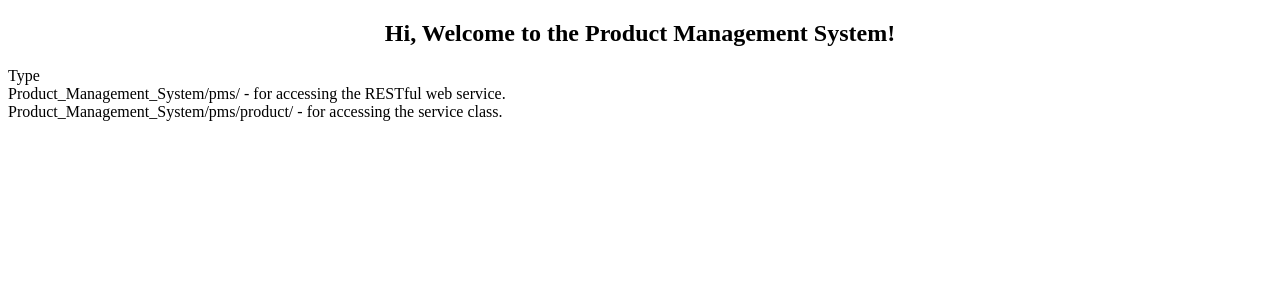
Repository: kanuwana/JavaWorkspace
Page: Product_Management_System/WebContent/index.html
The author's editor kept a copy of each file at every save. The page is drawn from the files as they stood at one save, then again after the next save.
The browser window is 1280 px wide. The pictures show the whole page.

Above is the page before, as saved 2013-10-27 19:01:38.

After the next save:
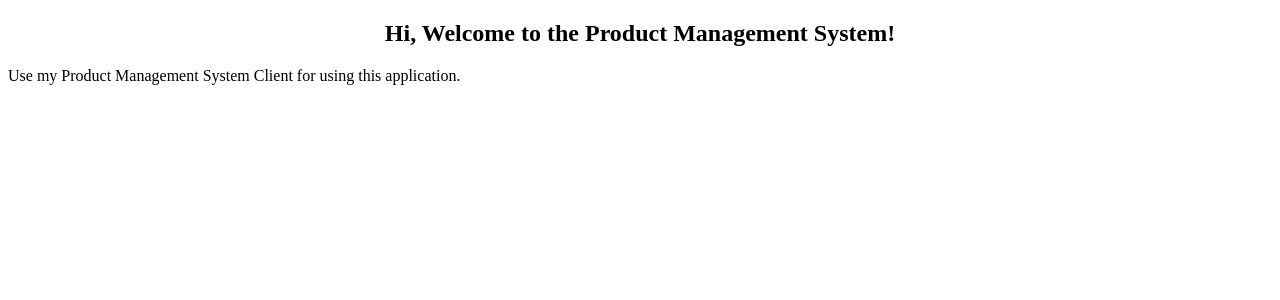
Saved 66 s later.
--- a/Product_Management_System/WebContent/index.html
+++ b/Product_Management_System/WebContent/index.html
@@ -6,9 +6,6 @@
 </head>
 <body>
 <div align="center"><h2>Hi, Welcome to the Product Management System!</h2></div>
-<div align="left">Type <br/>
-Product_Management_System/pms/ - for accessing the RESTful web service.<br/>
-Product_Management_System/pms/product/ - for accessing the service class.
-</div>
+<div align="left">Use my Product Management System Client for using this application.</div>
 </body>
 </html>
